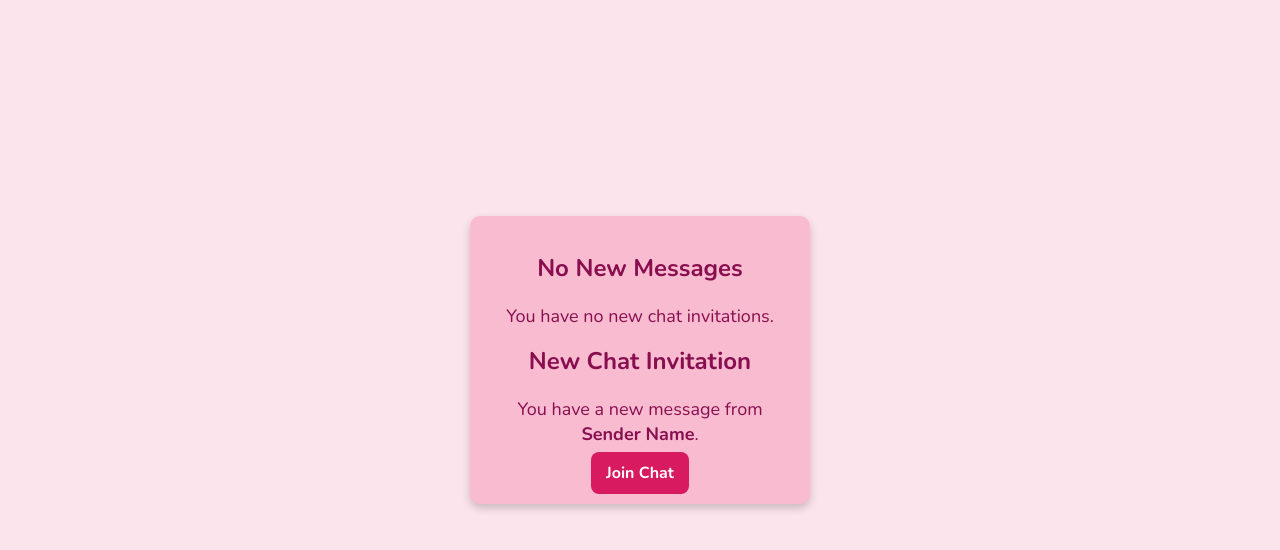
Repository: Argivist/BUDDY-MATCH
Page: http://localhost/html/notification.php
The author's editor kept a copy of each file at every save. The page is drawn from the files as they stood at one save, then again after the next save.
The browser window is 1280 px wide. The pictures show the whole page.
The page is run by PHP 8.4 with error messages shown; the project is at /var/www/html/. The session is filled in as if someone had signed in: {"userID": 1, "name": "Test User"}. Other server files are loaded and not shown. Queries for data that is not in the repository find no rows.

Above is the page before, as saved 2024-08-08 03:50:07.

### html/notification.php
<?php
session_start();  // Start the session at the beginning of the script

// redirect if not logged in
if(!isset($_SESSION['userID'])) {
    header("Location: ../index.php");
    exit;
}

//get user notification from database

require '../settings/connection.php';

$stmt = $pdo->prepare("SELECT * FROM messages WHERE receiverID = ?");
$stmt->execute([$_SESSION['userID']]);

$messages = $stmt->fetchAll(PDO::FETCH_ASSOC);
?>

<!DOCTYPE html>
<html lang="en">
<head>
    <meta charset="UTF-8">
    <meta name="viewport" content="width=device-width, initial-scale=1.0">
    <title>Chat Notification</title>
    <link href="https://fonts.googleapis.com/css2?family=Nunito:wght@400;600;700&display=swap" rel="stylesheet">
    <style>
        body {
            font-family: 'Nunito', sans-serif;
            background: #fce4ec;
            color: #880e4f;
            display: flex;
            align-items: center;
            justify-content: center;
            height: 100vh;
            margin: 0;
            text-align: center;
        }
        .notification-container {
            background: #f8bbd0;
            border-radius: 10px;
            box-shadow: 0 4px 8px rgba(0, 0, 0, 0.2);
            padding: 20px;
            width: 300px;
        }
        h1 {
            font-size: 24px;
            margin-bottom: 20px;
        }
        .message {
            margin-bottom: 15px;
            font-size: 18px;
            line-height: 1.4;
        }
        a {
            padding: 10px 15px;
            background: #d81b60;
            color: #fff;
            border-radius: 8px;
            text-decoration: none;
            font-weight: bold;
        }
        a:hover {
            background: #c2185b;
        }
    </style>
</head>
<body>
    <div class="notification-container">

    <?php



        //check if there are messages
        if(count($messages) > 0) {
            foreach($messages as $message) {
                $sender=$pdo->prepare("SELECT name FROM users WHERE senderID = ?");
            $sender->execute([$message['senderID']]);
            $senderName = $sender->fetch(PDO::FETCH_ASSOC);
            $Sname = $senderName['name'];

                echo "<h1>New Chat Invitation</h1>";
                echo "<p class='message'>You have a new message from <strong>{$message['Sname']}</strong>.</p>";
                echo "<a href='{$message['link']}'>Join Chat</a>";
            }
        } else {
            echo "<h1>No New Messages</h1>";
            echo "<p class='message'>You have no new chat invitations.</p>";
        }
    ?>
        <h1>New Chat Invitation</h1>
        <p class="message">You have a new message from <strong>Sender Name</strong>.</p>
        <a href="link-to-chat-room">Join Chat</a>
    </div>
</body>
</html>

### settings/connection.php
<?php
// Declare constant variables to store the database connection parameters
$HOST = 'localhost:3309';
$USERNAME = 'root';
$PASSWORD = '!@#456yui';
$NAME = 'khapdb';

try {
    // Create a new PDO instance
    $pdo = new PDO("mysql:host=$HOST;dbname=$NAME;charset=utf8mb4", $USERNAME, $PASSWORD);
    // Set PDO error mode to exception
    $pdo->setAttribute(PDO::ATTR_ERRMODE, PDO::ERRMODE_EXCEPTION);
} catch (PDOException $e) {
    // If connection fails, throw an exception with the error message
    die("Connection failed: " . $e->getMessage());
}
?>

After the next save:
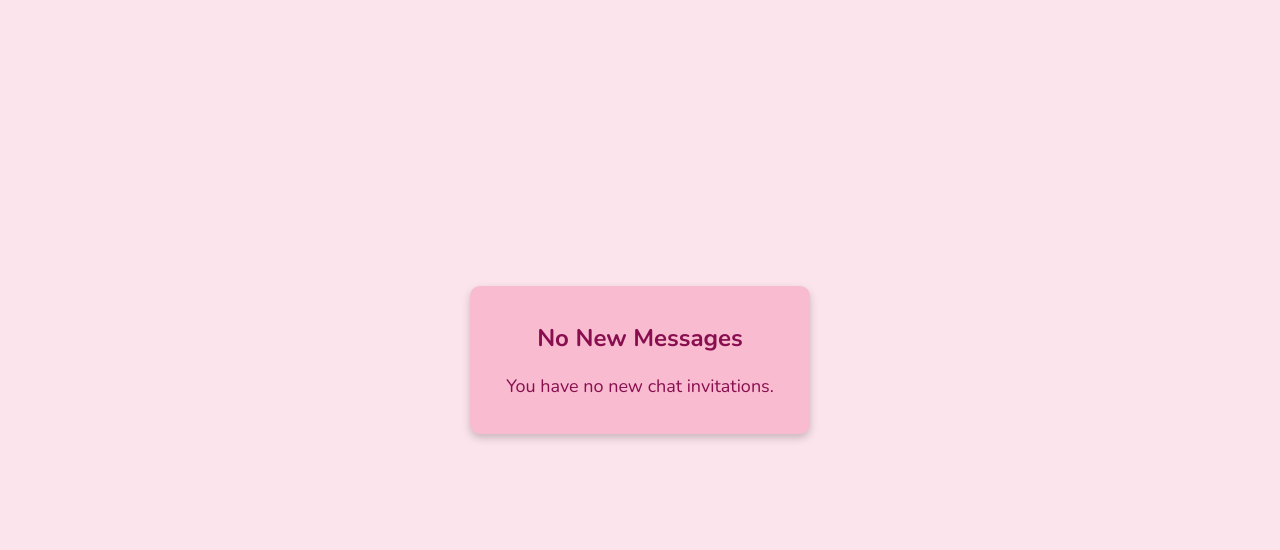
Saved 20 s later.
--- a/html/notification.php
+++ b/html/notification.php
@@ -89,9 +89,7 @@ $messages = $stmt->fetchAll(PDO::FETCH_ASSOC);
             echo "<p class='message'>You have no new chat invitations.</p>";
         }
     ?>
-        <h1>New Chat Invitation</h1>
-        <p class="message">You have a new message from <strong>Sender Name</strong>.</p>
-        <a href="link-to-chat-room">Join Chat</a>
+
     </div>
 </body>
 </html>
